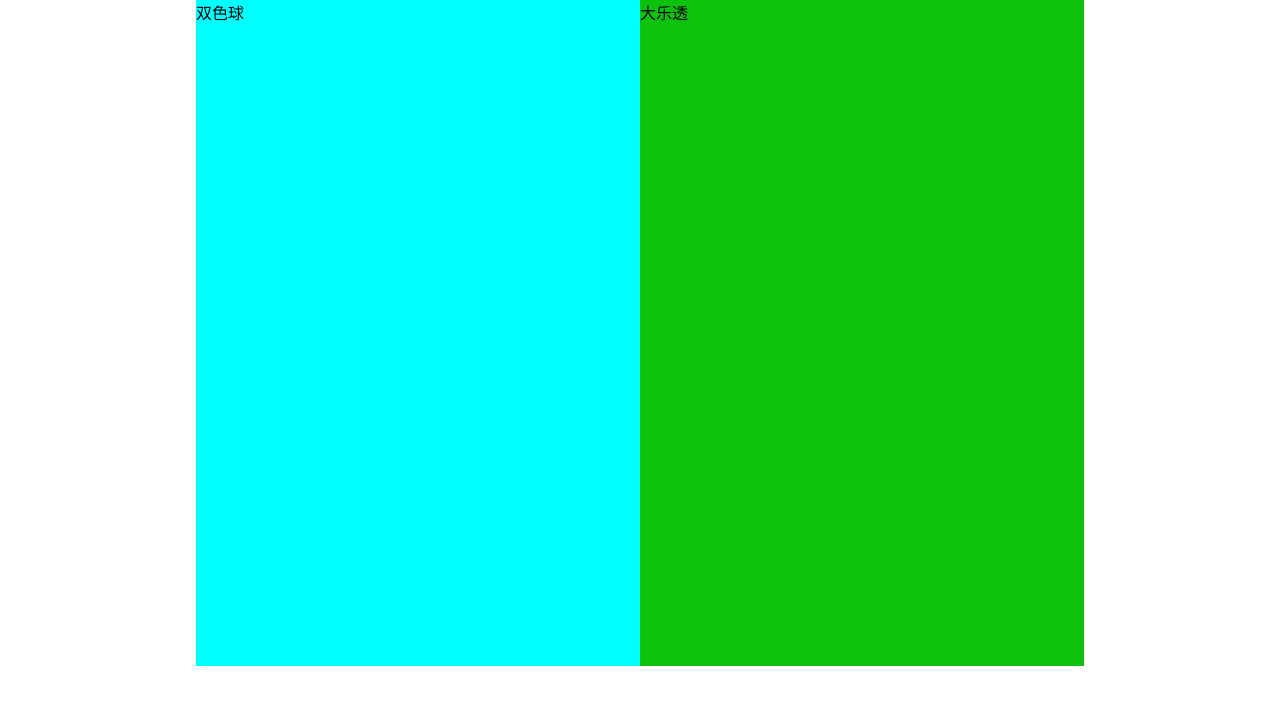
Repository: yz1181214391/caipiao-demo
Page: Cp.html
These files come from the project's save history. The page is drawn as it stood at one moment and after the next save; the edit follows.
The browser window is 1280 px wide. The pictures show the whole page.

Above is the page before, as saved 2020-12-14 10:17:43.

After the next save:
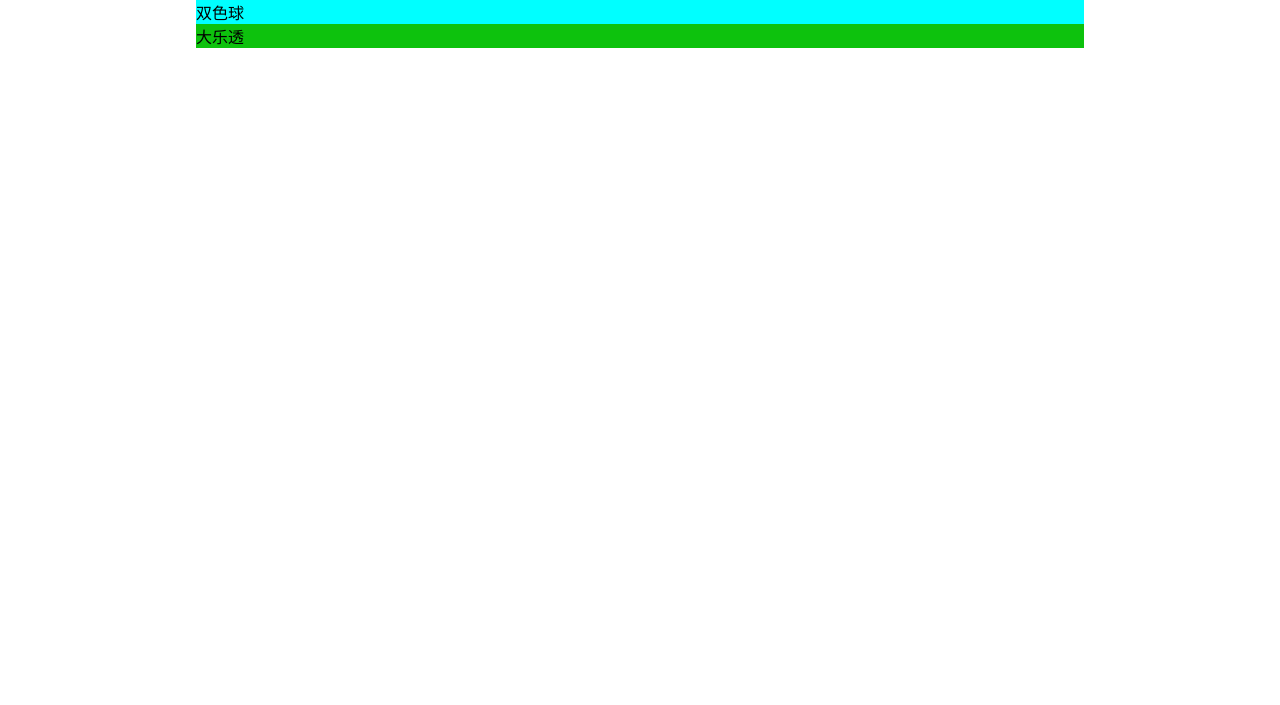
Saved 31 s later.
--- a/Cp.html
+++ b/Cp.html
@@ -25,8 +25,8 @@
         margin: 0 auto;
         width: 888px;
         height: 666px;
-        display: flex;
-        flex-direction: row;
+        /* display: flex;
+        flex-direction: row; */
 
     }
     .ssq-box{

After the save that followed:
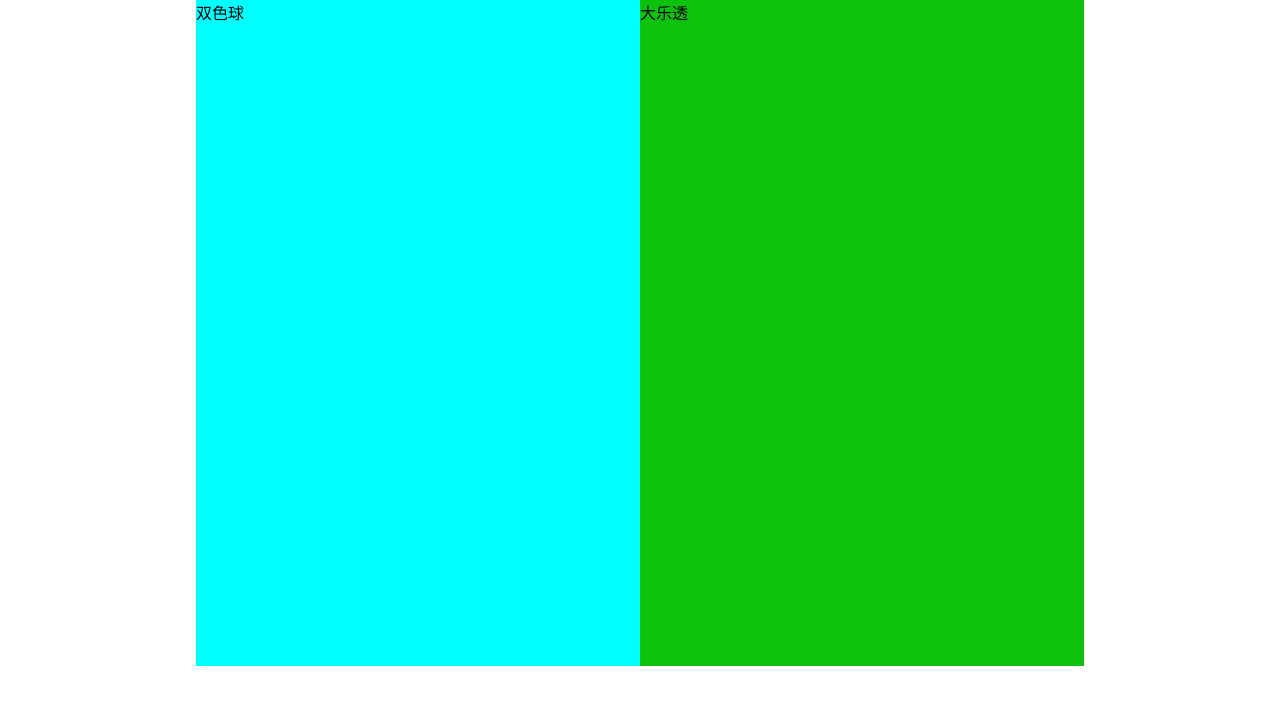
Saved 10 s later.
--- a/Cp.html
+++ b/Cp.html
@@ -25,8 +25,8 @@
         margin: 0 auto;
         width: 888px;
         height: 666px;
-        /* display: flex;
-        flex-direction: row; */
+        display: flex;
+        flex-direction: row;
 
     }
     .ssq-box{
